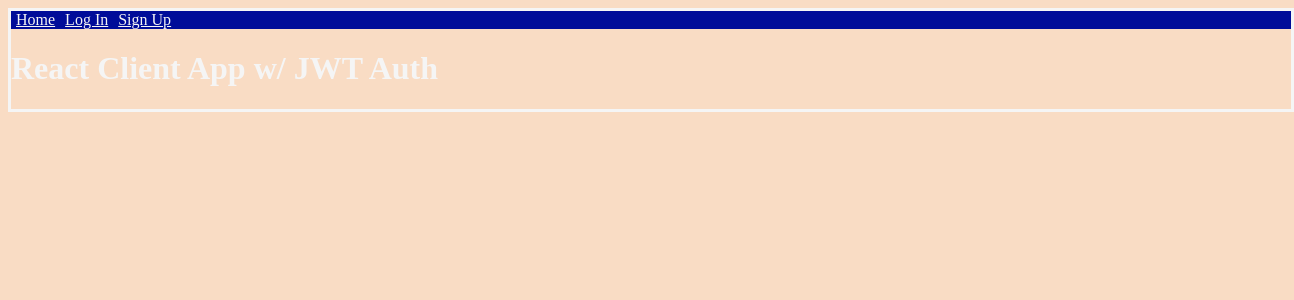
Repository: kaitlynMidori/react-jeopardy-app
Page: / (app in client/)
These files come from the project's save history. The page is drawn as it stood at one moment and after the next save; the edit follows.
The browser window is 1280 px wide. The page is 1294 px wide, so the pictures cover 1294 px, including what lies to the right of the window. The pictures show the whole page.
The project was rebuilt for these pictures with package versions that can differ from the ones it lists, and the page was loaded fresh each time. Also part of the build but not shown: client/src/views/LogIn.jsx, client/src/views/LogOut.jsx, client/src/views/SignUp.jsx, client/src/components/PracticeCard/PracticeCard.js, client/src/utils/API.js, client/src/views/Practice.jsx, client/src/components/Container/Container.js, client/src/components/PlayerScore/PlayerScore.js and 14 more.

Above is the page before, as saved 2021-03-25 21:33:39.

### client/public/index.html
<!DOCTYPE html>
<html lang="en">
  <head>
    <meta charset="utf-8">
    <meta name="viewport" content="width=device-width, initial-scale=1">
    <meta name="theme-color" content="#000000">

    <link rel="manifest" href="%PUBLIC_URL%/manifest.json">
    <link rel="shortcut icon" href="%PUBLIC_URL%/favicon.ico">
    <link rel="preconnect" href="https://fonts.gstatic.com">
    <link href="https://fonts.googleapis.com/css2?family=Lexend:wght@300&display=swap" rel="stylesheet">
    <title>React App</title>
  </head>
  <body>
    <noscript>
      You need to enable JavaScript to run this app.
    </noscript>
    <div id="root"></div>

  </body>
</html>

### client/src/index.js
import React from 'react'
import ReactDOM from 'react-dom'
import { BrowserRouter as Router } from 'react-router-dom'
import 'milligram'
import './styles.css'

import App from './App'

ReactDOM.render(
	<Router><App /></Router>,
	document.getElementById('root')
)

### client/src/styles.css
.NavBar a, .NavBar button {
	margin: 0 5px;
	cursor: pointer;
	color: whitesmoke;

}

.NavBar {
	margin-bottom: 20px;
	background-color: rgb(0, 12, 153);

}

### client/src/App.jsx
import React from 'react'
import { Switch, Route, Redirect } from 'react-router-dom'
import httpClient from './httpClient'
import NavBar from './NavBar'
import LogIn from './views/LogIn'
import LogOut from './views/LogOut'
import SignUp from './views/SignUp'
// import VIP from './views/VIP'
import Practice from './views/Practice'
import Play from './views/Play'
import Leaderboard from './views/Leaderboard'
import Home from './views/Home'

class App extends React.Component {
	state = { currentUser: httpClient.getCurrentUser() }

	onLoginSuccess(user) {
		this.setState({ currentUser: httpClient.getCurrentUser() })
	}

	logOut() {
		httpClient.logOut()
		this.setState({ currentUser: null })
	}

	render() {
		const { currentUser } = this.state
		return (
			<div className='App container'>

				<NavBar currentUser={currentUser} />

				<Switch>

					<Route path="/login" render={(props) => {
						return <LogIn {...props} onLoginSuccess={this.onLoginSuccess.bind(this)} />
					}} />

					<Route path="/logout" render={(props) => {
						return <LogOut onLogOut={this.logOut.bind(this)} />
					}} />

					{/* the sign up component takes an 'onSignUpSuccess' prop which will perform the same thing as onLoginSuccess: set the state to contain the currentUser */}
					<Route path="/signup" render={(props) => {
						return <SignUp {...props} onSignUpSuccess={this.onLoginSuccess.bind(this)} />
					}} />

					<Route path="/practice" render={() => {
						return currentUser
							? <Practice />
							: <Redirect to="/login" />
					}} />

					<Route path="/play" render={() => {
						return currentUser
							? <Play />
							: <Redirect to="/login" />
					}} />

					<Route path="/leaderboard" render={() => {
						return currentUser
							? <Leaderboard />
							: <Redirect to="/login" />
					}} />

					<Route path="/" component={Home} />

				</Switch>
			</div>
		)
	}
}

export default App

### client/src/httpClient.js
import axios from 'axios'
import jwtDecode from 'jwt-decode'

// instantiate axios
const httpClient = axios.create()

httpClient.getToken = function() {
	return localStorage.getItem('token')
}

httpClient.setToken = function(token) {
	localStorage.setItem('token', token)
	return token
}

httpClient.getCurrentUser = function() {
	const token = this.getToken()
	if(token) return jwtDecode(token)
	return null
}

httpClient.logIn = function(credentials) {
	return this({ method: 'post', url: '/api/users/authenticate', data: credentials })
		.then((serverResponse) => {
			const token = serverResponse.data.token
			if(token) {
				// sets token as an included header for all subsequent api requests
				this.defaults.headers.common.token = this.setToken(token)
				return jwtDecode(token)
			} else {
				return false
			}
		})
}

// logIn and signUp functions could be combined into one since the only difference is the url we're sending a request to..
httpClient.signUp = function(userInfo) {
	return this({ method: 'post', url: '/api/users', data: userInfo})
		.then((serverResponse) => {
			const token = serverResponse.data.token
			if(token) {
				// sets token as an included header for all subsequent api requests
				this.defaults.headers.common.token = this.setToken(token)
				return jwtDecode(token)
			} else {
				return false
			}
		})
}

httpClient.logOut = function() {
	localStorage.removeItem('token')
	delete this.defaults.headers.common.token
	return true
}

// During initial app load attempt to set a localStorage stored token
// as a default header for all api requests.
httpClient.defaults.headers.common.token = httpClient.getToken()
export default httpClient

### client/src/NavBar.jsx
import React from 'react'
import { Link } from 'react-router-dom'

const NavBar = (props) => {
	return (
		<div className='NavBar'>
			<Link to="/">Home</Link>
			{props.currentUser
				? (
					<span>
						<Link to="/practice">Practice</Link>
						<Link to="/play">Play</Link>
						<Link to="/leaderboard">Leaderboard</Link>
						<Link to="/logout">Log Out</Link>
					</span>
				)
				: (
					<span>
						<Link to="/login">Log In</Link>
						<Link to="/signup">Sign Up</Link>
					</span>
				)
			}
		</div>
	)
}

export default NavBar

### client/src/views/Home.jsx
import React from 'react'

const Home = (props) => {
	return (
		<div className='Home'>
			<h1>React Client App w/ JWT Auth</h1>
		</div>
	)
}

export default Home

### client/src/views/style.css

body {
    width: 100%;
    padding: 0;
    background-color: #f9dcc4;

    border-style: solid;
    /* border-radius: 20px; */
    /* border-width: 1em; */
    border-color: whitesmoke;
    color: whitesmoke;
}

.container {
    width: 100%;
    border-style: whitesmoke;
}

/* .boardContainer {

    width: 50%;
} */

h2, h3 {
    color: whitesmoke;
    font-family: 'Lexend', sans-serif;
}

h2 {
    color: white;
}

.playerNumBtn {
    /* background: rgb(238, 179, 103); */
    border: none;
}

.playerNumBtn:hover {
    background: rgb(26, 23, 168);
    border: none;
}

.endGameBtn {
    background: rgb(0, 5, 112);
    border: solid;
    border-color: whitesmoke;
    font-size: 20px;
}

.endGameBtn:hover {
    background: red;
    border: none;
}

th {
    color: white;
}

td {
    color: white;
}

.leaderboardHeading {
    color: white;
    font-family: 'Lexend', sans-serif;
}

After the next save:
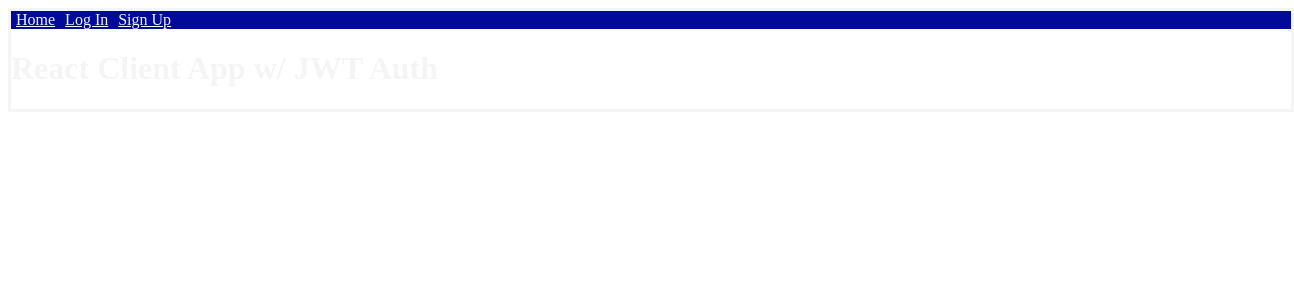
Saved 2 min 26 s later.
--- a/client/src/views/style.css
+++ b/client/src/views/style.css
@@ -2,8 +2,8 @@
 body {
     width: 100%;
     padding: 0;
-    background-color: #f9dcc4;
-
+    /* background-color: #f9dcc4; */
+    background-image: image(client/src/views/TREBEK-4x3-1.png);
     border-style: solid;
     /* border-radius: 20px; */
     /* border-width: 1em; */
